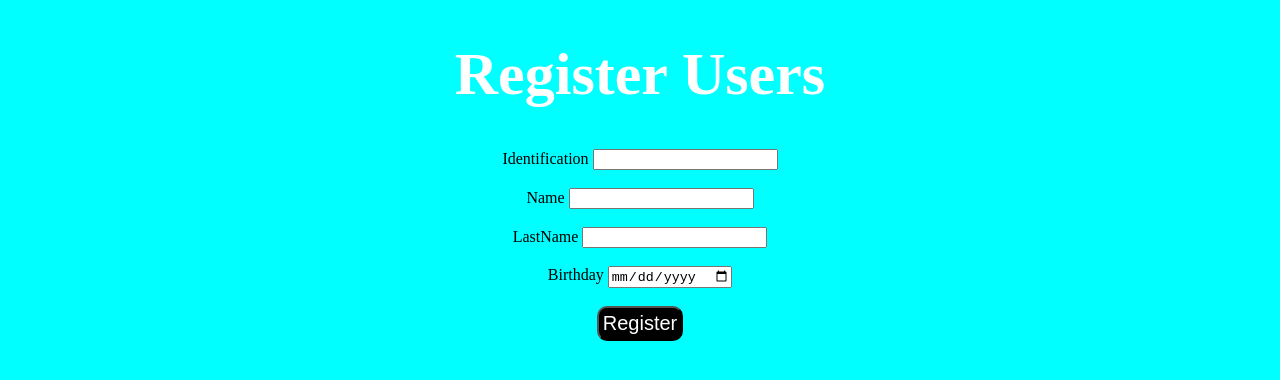
Repository: jonier93/app-web-cym-repo
Page: templates/register.html
The author's editor kept a record of every edit. The page is drawn from the files as they stood at one moment, then again after the next edit.
The browser window is 1280 px wide. The pictures show the whole page.

Above is the page before.

### templates/register.html
<!DOCTYPE html>
<html>
    <head>
        <meta http-equiv="content-type" content="text/html; charset=utf-8" />
        <title>Web Pague</title>
        <link rel="stylesheet" href="../static/css/styleRegister.css" type="text/css" />
        <script src="../static/js/appRegister.js" type="text/javascript" charset="utf-8"></script>
    </head>
    <body>
        <h1>Register Users</h1>
        <form>
            <label>Identification</label> <input type="number"/><br> <br>
            <label>Name</label> <input type="text"/><br> <br>
            <label>LastName</label> <input type="text"/><br> <br>
            <label>Birthday</label> <input type="date"/><br> <br>
            <button>Register</button>
        </form>
    </body>
</html>

### static/css/styleRegister.css
h1 {
    text-align: center;
    font-size: 60px;
    color: white;
}
 body {
    background: aqua;
}
button {
    font-size: 20px;
    background-color: black;
    color: white;
    border-radius: 10px;
    padding: 4px;
    margin-left: 0.3%;
    margin-right: 0.3%;
}
form{
    text-align: center;
}

### static/js/appRegister.js
function registerUser(){
    alert("Boton de registrar clickead")
}

After the next edit:
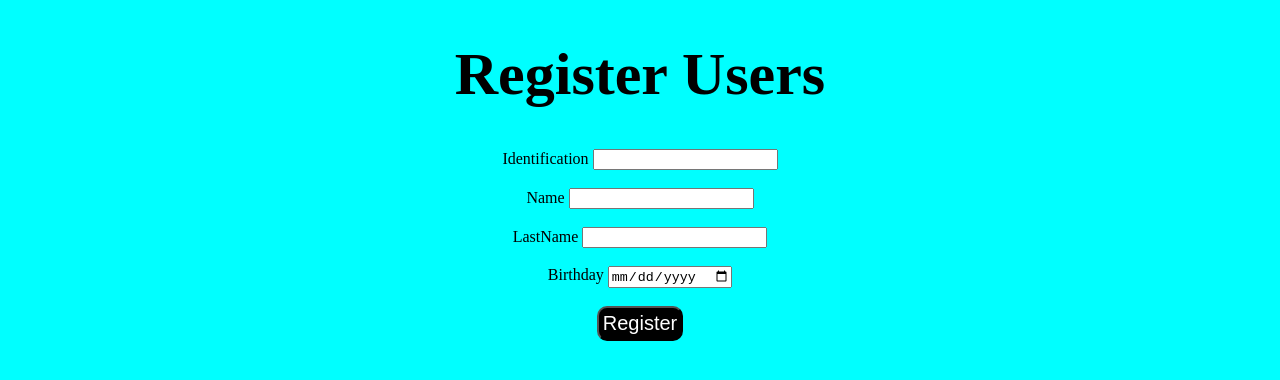
The edit:
--- a/static/css/styleRegister.css
+++ b/static/css/styleRegister.css
@@ -1,7 +1,6 @@
 h1 {
     text-align: center;
     font-size: 60px;
-    color: white;
 }
  body {
     background: aqua;
